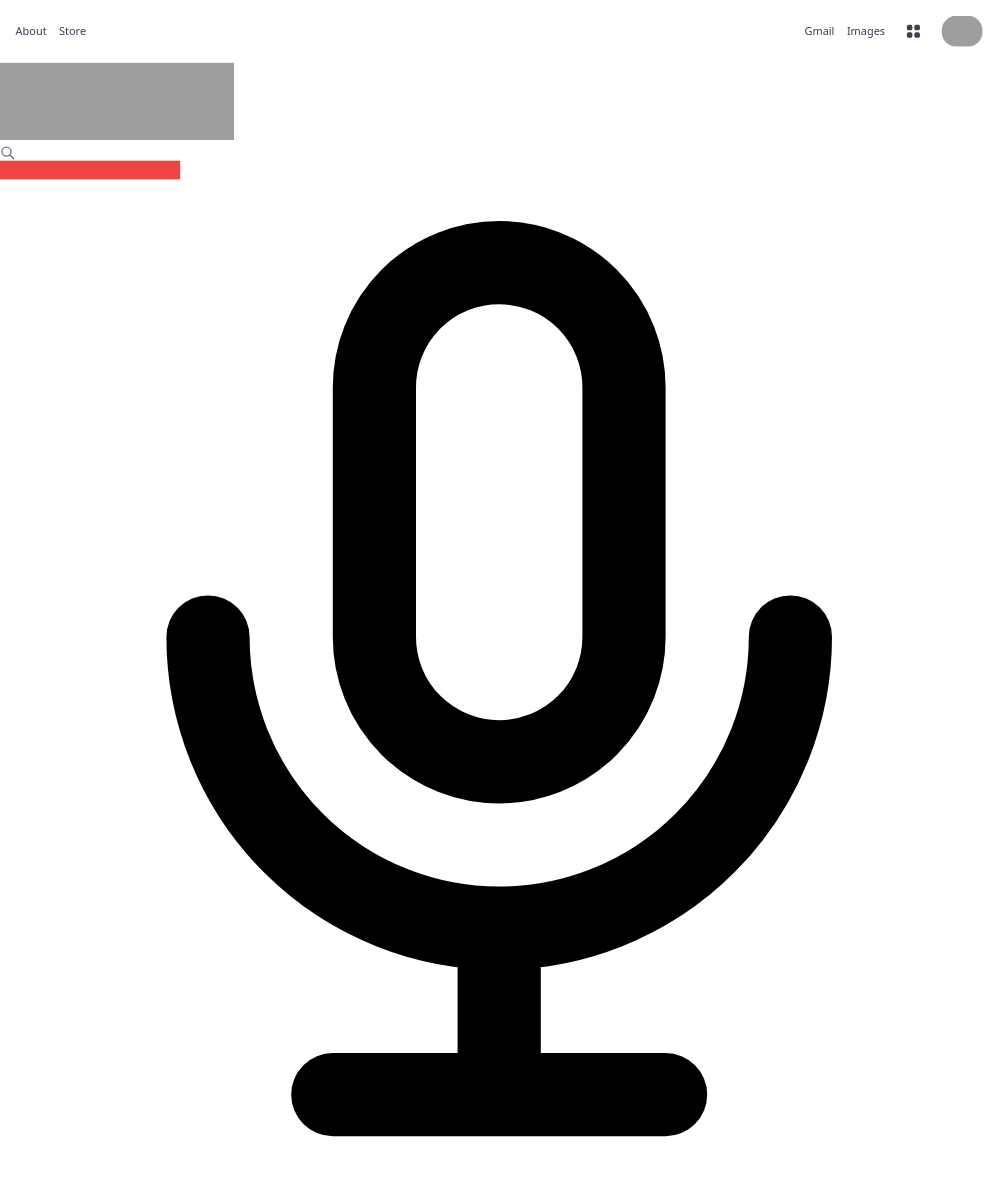
Repository: JavaidAhmadKhan/google-2.0
Page: /
These files come from the project's save history. The page is drawn as it stood at one moment and after a run of saves; the edit follows.
The browser window is 1280 px wide. The pictures show the whole page, at 78% of full size.
Pictures or frames that could not be fetched are drawn as grey boxes. The project was rebuilt for these pictures with package versions that can differ from the ones it lists, and the page was loaded fresh each time. The framework's server and built-in components were replaced by stand-ins that run in the browser. Also part of the build but not shown: next.config.js.

Above is the page before, as saved 2021-04-19 17:08:03.

### pages/index.js
import Head from "next/head";
import Avatar from "../components/Avatar";
import { ViewGridIcon } from "@heroicons/react/solid";
import { MicrophoneIcon, SearchIcon } from "@heroicons/react/outline";
import Image from "next/image";

export default function Home() {
  return (
    <div>
      <Head>
        <title>Google </title>
        <link rel="icon" href="/favicon.ico" />
      </Head>
      {/* Header */}
      <header className="flex w-full p-5 justify-between text-sm text-gray-700">
        {/* Left */}
        <div className="flex space-x-4 items-center">
          <p className="link">About</p>
          <p className="link">Store</p>
        </div>
        {/*  className='linkRight */}
        <div className="flex space-x-4 items-center">
          <p className="link">Gmail</p>
          <p className="link">Images</p>
          {/* Icon */}
          <ViewGridIcon className="h-10 w-10 p-2 rounded-full hover:bg-gray-100 cursor-pointer" />
          <Avatar url="https://avatars.githubusercontent.com/u/45966257?v=4" />
        </div>
      </header>
      {/* Body */}
      <form>
        <Image
          src="https://www.google.co.uk/images/branding/googlelogo/2x/googlelogo_color_272x92dp.png"
          height={100}
          width={300}
        />
        <div>
          <SearchIcon className="h-5 mr-3 text-gray-500" />
          <input type="text" className="bg-red-500 focus:outline-none" />
          <MicrophoneIcon/>
        </div>
      </form>
      {/* Footer */}
    </div>
  );
}

### styles/globals.css
@tailwind base;
@tailwind components;
@tailwind utilities;

@layer components {
  .link {
    @apply hover:underline cursor-pointer;
  }
}

### components/Avatar.js
function Avatar({ url }) {
  return (
    <img
      loading="lazy"
      className="h-10 rounded-full cursor-pointer transition duration-150 transform hover:scale-110"
      src={url}
      alt="profile pic"
    />
  );
}

export default Avatar;

Loaded but not shown: pages/_app.js (common file); tailwind.config.js (common file)

After the next 2 saves:
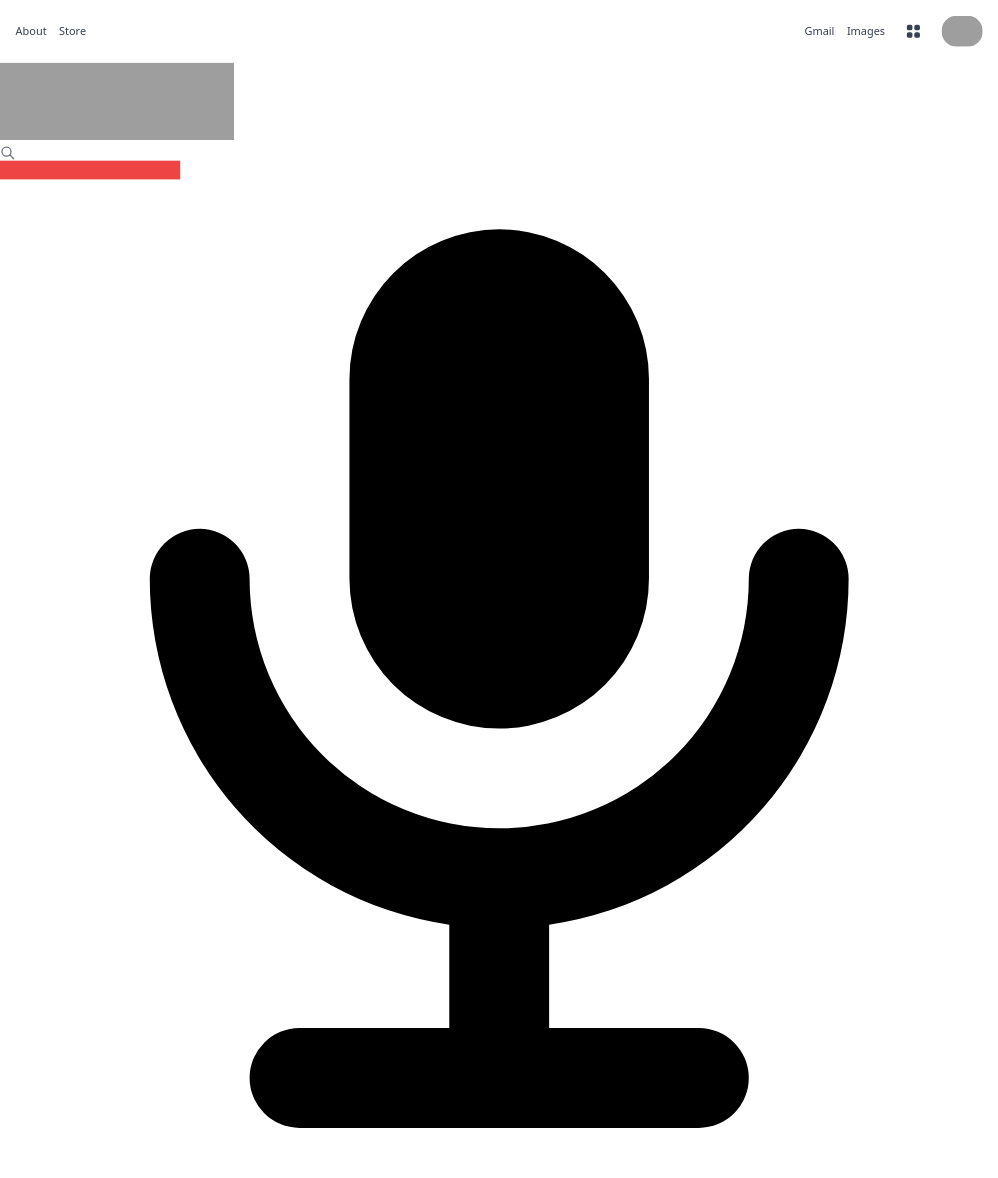
The 2 saves are shown as one change because they came seconds apart.
The last was saved 39 s later.
--- a/pages/index.js
+++ b/pages/index.js
@@ -1,7 +1,7 @@
 import Head from "next/head";
 import Avatar from "../components/Avatar";
-import { ViewGridIcon } from "@heroicons/react/solid";
-import { MicrophoneIcon, SearchIcon } from "@heroicons/react/outline";
+import { ViewGridIcon, MicrophoneIcon } from "@heroicons/react/solid";
+import { SearchIcon } from "@heroicons/react/outline";
 import Image from "next/image";
 
 export default function Home() {
@@ -37,7 +37,7 @@
         <div>
           <SearchIcon className="h-5 mr-3 text-gray-500" />
           <input type="text" className="bg-red-500 focus:outline-none" />
-          <MicrophoneIcon/>
+          <MicrophoneIcon />
         </div>
       </form>
       {/* Footer */}
